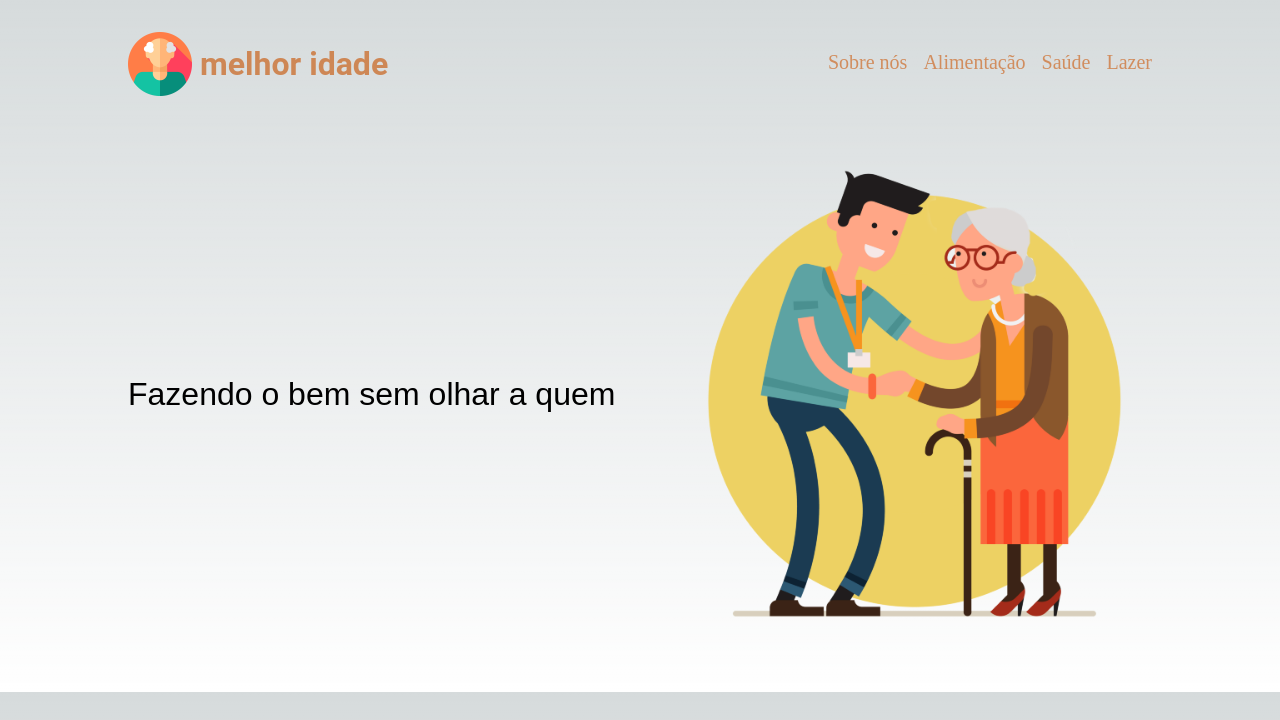
Repository: Giopol12/melhor-idade-online
Page: /home
The author's editor kept a copy of each file at every save. The page is drawn from the files as they stood at one save, then again after a run of saves.
The browser window is 1280 px wide. The pictures show the whole page.
The project was rebuilt for these pictures with package versions that can differ from the ones it lists, and the page was loaded fresh each time. The framework's server and built-in components were replaced by stand-ins that run in the browser. Also part of the build but not shown: next.config.js.

Above is the page before, as saved 2023-11-12 15:50:51.

After the next 2 saves:
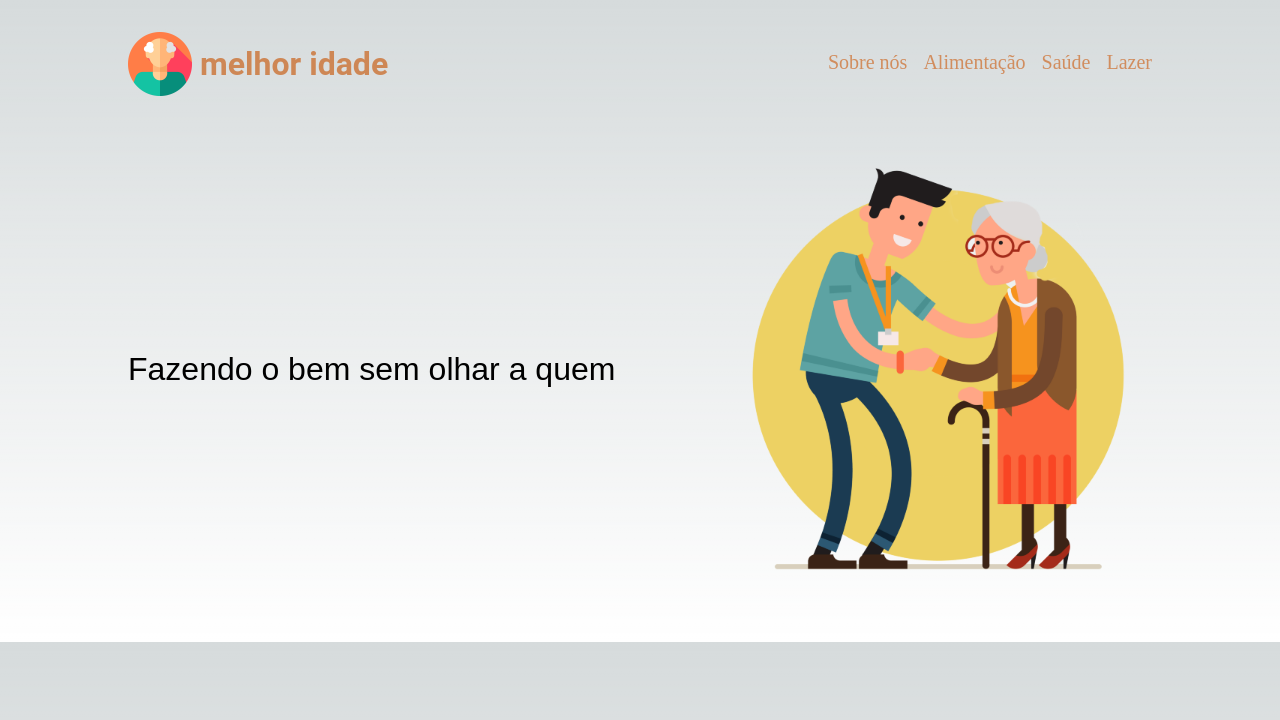
The 2 saves are shown as one change because they came seconds apart.
The last was saved 9 s later.
--- a/src/pages/home/HomeMain/index.tsx
+++ b/src/pages/home/HomeMain/index.tsx
@@ -9,7 +9,7 @@ export function HomeMain() {
       <ContentContainer>
         <h1>Fazendo o bem sem olhar a quem</h1>
       </ContentContainer>
-      <Image src={mainImg} width={500} alt="" />
+      <Image src={mainImg} width={450} alt="" />
     </HomeMainContainer>
   )
 }
